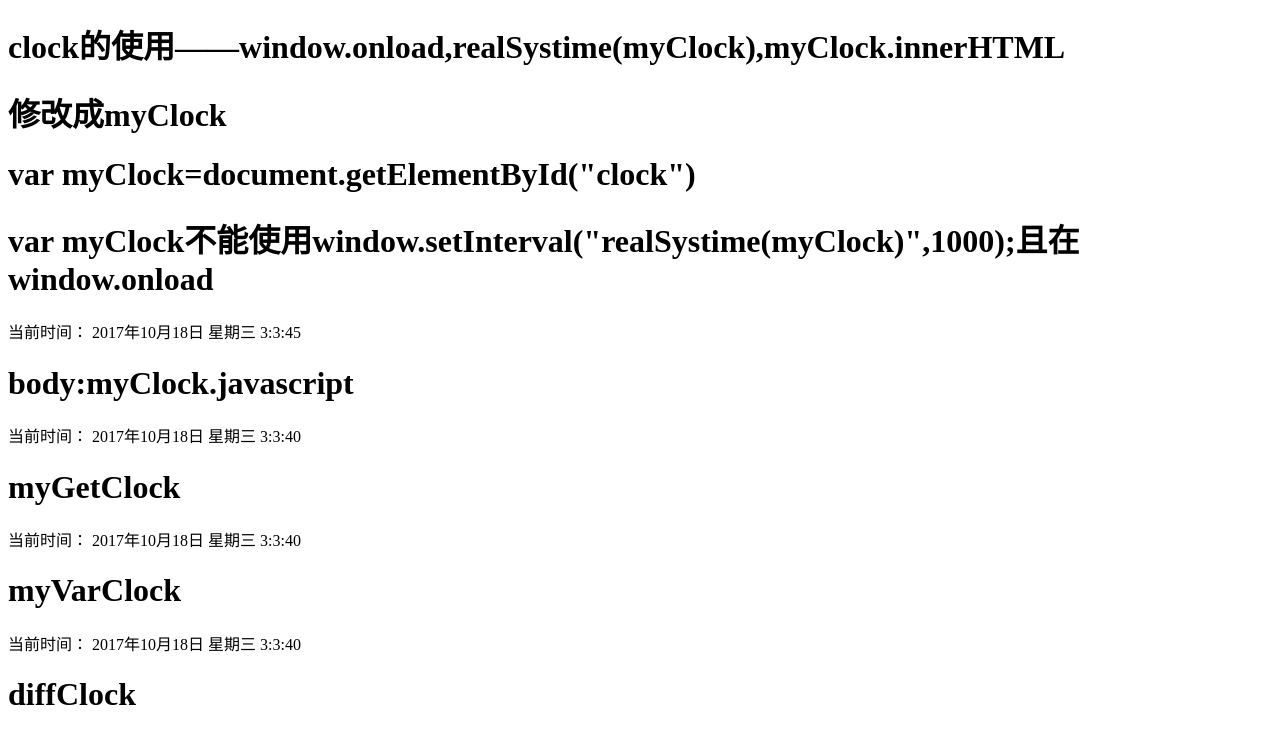
Repository: bookFireFly/bookFireFly
Page: JavaScriptMingriBook/Main/10实时显示系统时间.html
An editor plug-in stored every save of this project. The page is shown before and after the next save, followed by the edit.
The browser window is 1280 px wide. The pictures show the whole page.

Above is the page before, as saved 2017-10-20 09:54:07.

### JavaScriptMingriBook/Main/10实时显示系统时间.html
<!DOCTYPE html>
<html>
<head>
<meta charset="UTF-8">
<script type="text/javascript">
function realSystime(clock){
	var now=new Date();
	var year=now.getFullYear();
	var month=now.getMonth();
	var date=now.getDate();
	var day=now.getDay();
	var hour=now.getHours();
	var minu=now.getMinutes();
	var sec=now.getSeconds();
	month=month+1
	var arr_week=new Array("星期日","星期一","星期二","星期三","星期四","星期五","星期六")
	var week=arr_week[day];
	var time=year+"年"+month+"月"+date+"日 "+week+" "+hour+":"+minu+":"+sec;
	clock.innerHTML="当前时间： "+time;
}
window.onload=function(){
	window.setInterval("realSystime(clock)",1000);
}
</script>
<title>实时显示系统时间</title>
</head>
<body>
<h1>clock的使用——window.onload,realSystime(myClock),myClock.innerHTML</h1>
<h1>修改成myClock</h1>
<h1>var myClock=document.getElementById("clock")</h1>
<h1>var myClock不能使用window.setInterval("realSystime(myClock)",1000);且在window.onload</h1>
<div id="clock"></div>
<h1>body:myClock.javascript</h1>
<div id="myOnceClock"></div>
<script type="text/javascript">
	realSystime(myOnceClock);
</script>
<h1>myGetClock</h1>
<div id="myGetClock"></div>
<script type="text/javascript">
	realSystime(document.getElementById("myGetClock"));
</script>
<h1>myVarClock</h1>
<div id="myVarClock"></div>
<script type="text/javascript">
	var myVarClock=document.getElementById("myVarClock");
	realSystime(myVarClock);
</script>
<h1>diffClock</h1>
<div id="diffClock"></div>
<script type="text/javascript">
	var myDiffClock=document.getElementById("diffClock");
	realSystime(myVarClock);
</script>
</body>
</html>

After the next save:
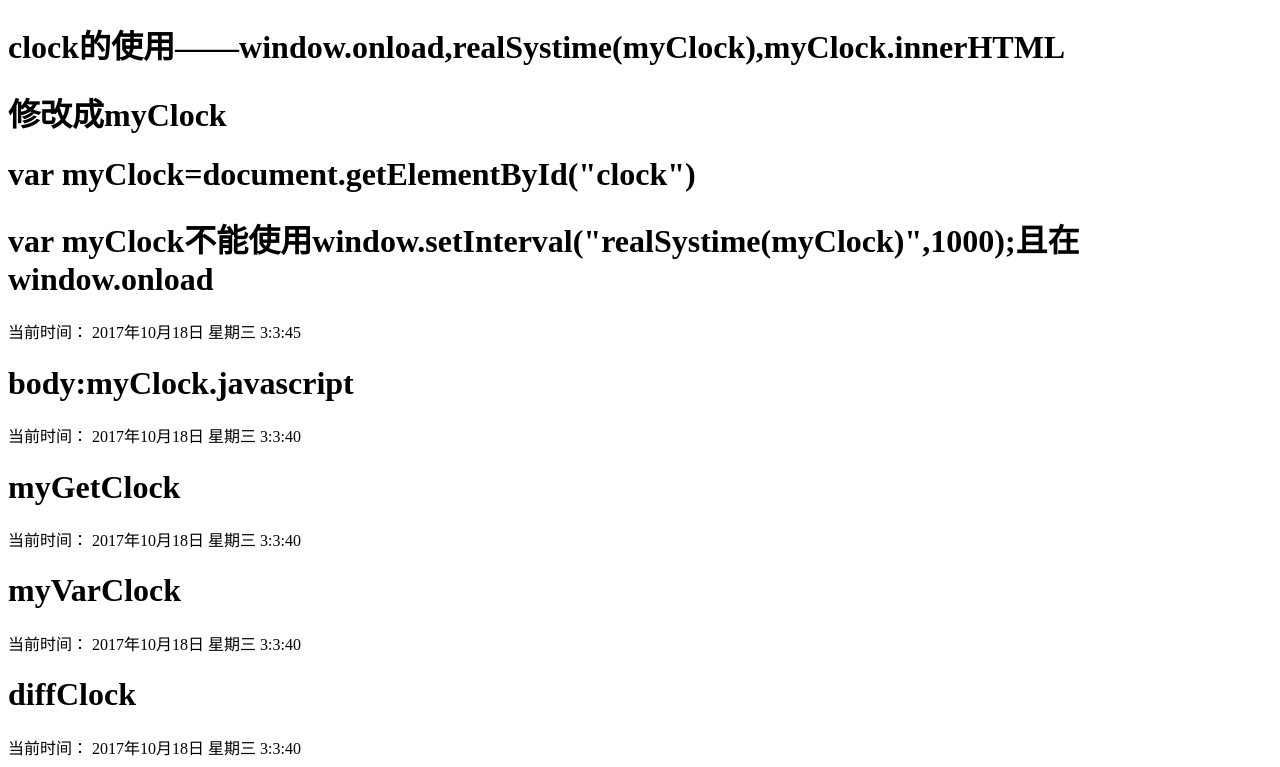
Saved 21 s later.
--- a/JavaScriptMingriBook/Main/10实时显示系统时间.html
+++ b/JavaScriptMingriBook/Main/10实时显示系统时间.html
@@ -50,7 +50,7 @@ window.onload=function(){
 <div id="diffClock"></div>
 <script type="text/javascript">
 	var myDiffClock=document.getElementById("diffClock");
-	realSystime(myVarClock);
+	realSystime(myDiffClock);
 </script>
 </body>
 </html>
